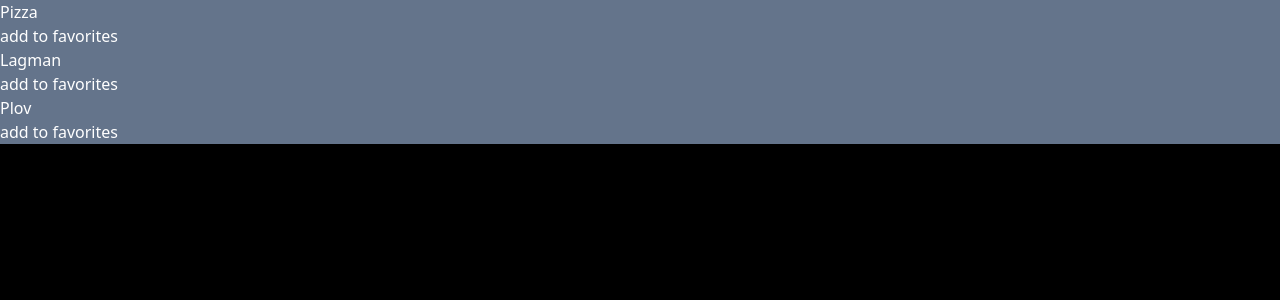
Repository: Nurlan-Bakenbaev/redux-tools
Page: /
These files come from the project's save history. The page is drawn as it stood at one moment and after the next save; the edit follows.
The browser window is 1280 px wide. The pictures show the whole page.
The project was rebuilt for these pictures with package versions that can differ from the ones it lists, and the page was loaded fresh each time. Also part of the build but not shown: vite.config.js.

Above is the page before, as saved 2023-10-22 22:12:58.

After the next save:
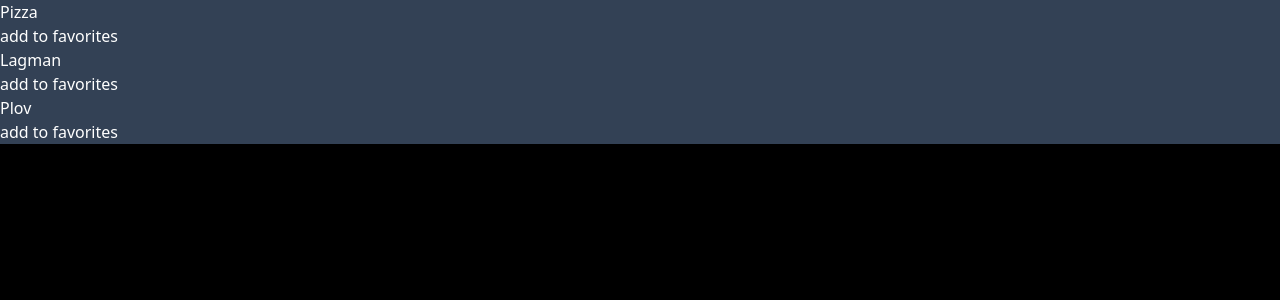
Saved 5 s later.
--- a/src/RicipeItem.jsx
+++ b/src/RicipeItem.jsx
@@ -2,7 +2,7 @@ import React from 'react';
 
 const RicipeItem = ( {recipe }) => {
   return (
-    <div className='bg-slate-500'>
+    <div className='bg-slate-700'>
       <div>{recipe.name}</div>
       <button> add to favorites</button>
     </div>
